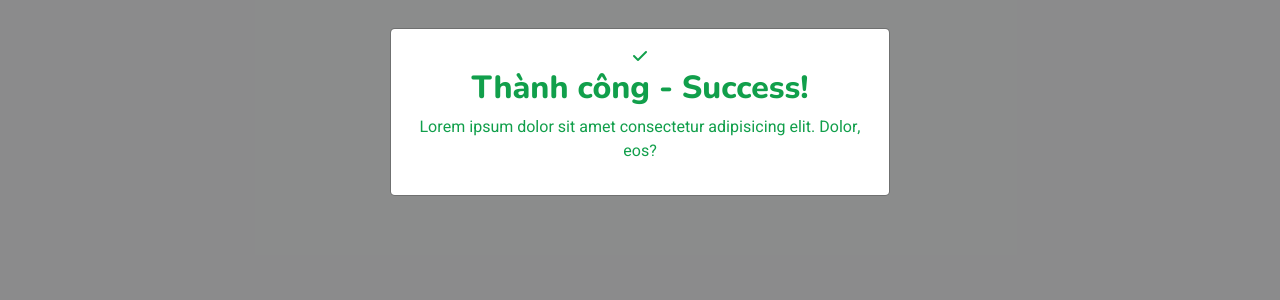
Repository: Dangtrinh28/thuymoc
Page: bookingSuccess.html
These files come from the project's save history. The page is drawn as it stood at one moment and after the next save; the edit follows.
The browser window is 1280 px wide. The pictures show the whole page.
Some web libraries are served in a nearby version.

Above is the page before, as saved 2022-11-25 04:07:33.

After the next save:
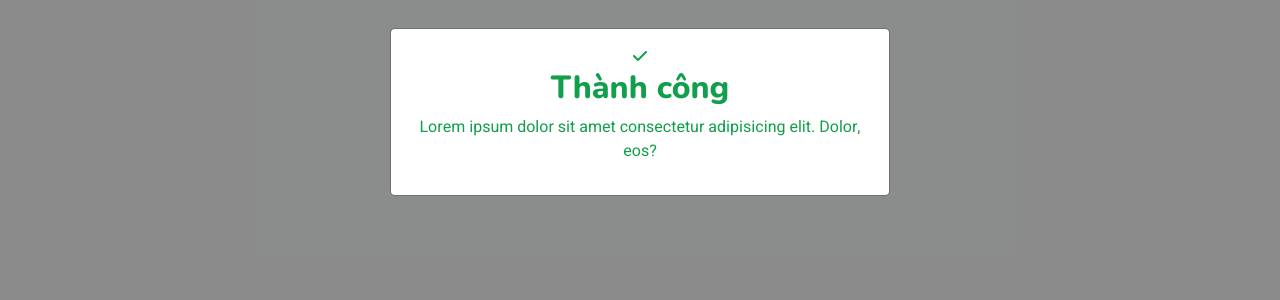
Saved 19 s later.
--- a/bookingSuccess.html
+++ b/bookingSuccess.html
@@ -41,7 +41,7 @@
                 <div class="modal-content">
                     <div class="modal-body text-primary text-center">
                         <i class="modal-body-icon fa-solid fa-check"></i>
-                        <h2 class="text-primary">Thành công - Success!</h2>
+                        <h2 class="text-primary">Thành công</h2>
                         <p>Lorem ipsum dolor sit amet consectetur adipisicing elit. Dolor, eos?</p>
                     </div>
                 </div>
